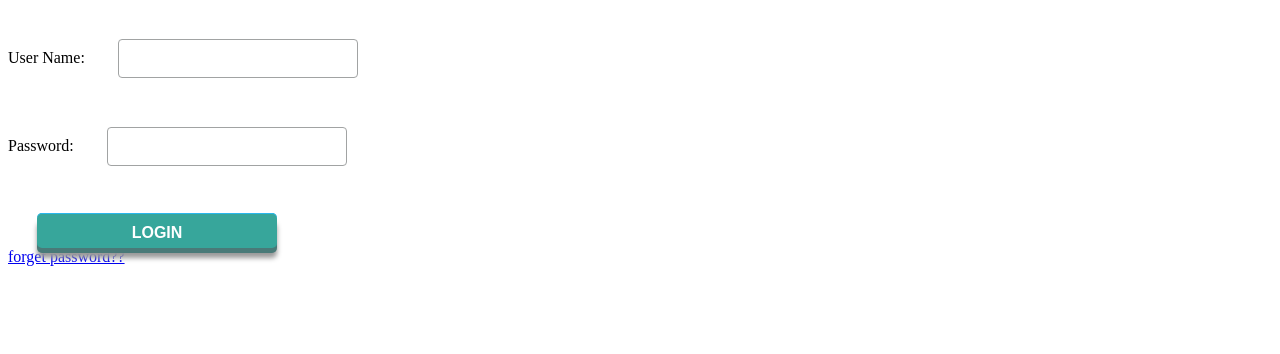
Repository: AmritOjha01/sms
Page: http://localhost/StudentManagementSystem/UserController?action=listUser
An editor plug-in stored every save of this project. The page is shown before and after the next save, followed by the edit.
The browser window is 1280 px wide. The pictures show the whole page.
The page is served by Tomcat 9. Other server files are loaded and not shown.

Above is the page before, as saved 2017-03-27 11:32:31.

### StudentManagementSystem/WebContent/login.jsp
<%@ page language="java" contentType="text/html; charset=ISO-8859-1"
	pageEncoding="ISO-8859-1"%>
<!DOCTYPE html PUBLIC "-//W3C//DTD HTML 4.01 Transitional//EN" "http://www.w3.org/TR/html4/loose.dtd">
<html>
<head>
<meta http-equiv="Content-Type" content="text/html; charset=ISO-8859-1">
<title>Insert title here</title>
<link rel="stylesheet" type="text/css"
	href="resources/customcss/demo.css">
</head>
<body>
	<div >
		<form action="LoginController" method="post">
			User Name: <input type="text" name="uName" class="css-style "><br>
			<br> Password: <input type="password" name="pass"
				class="css-style "><br> <br> <input type="submit"
				value="Login"> <a href="LoginController?action=getpassword">forget
				password??</a>
		</form>
	</div>
</body>
</html>

### StudentManagementSystem/src/com/krishna/sis/controller/UserController.java
package com.krishna.sis.controller;

import java.io.IOException;
import java.text.ParseException;
import java.text.SimpleDateFormat;
import java.util.Date;

import javax.servlet.RequestDispatcher;
import javax.servlet.ServletException;
import javax.servlet.annotation.WebServlet;
import javax.servlet.http.HttpServlet;
import javax.servlet.http.HttpServletRequest;
import javax.servlet.http.HttpServletResponse;
import javax.servlet.http.HttpSession;

import com.krishna.sis.dto.UserDTO;
import com.krishna.sis.service.UserService;
import com.krishna.sis.service.UserServiceImpl;
import com.krishna.sis.util.EmailUtility;

@WebServlet("/UserController")
public class UserController extends HttpServlet {
	private static final long serialVersionUID = 1L;
	private static String INSERT_OR_EDIT = "/userCreate.jsp";
	private static String LIST_USER = "/userList.jsp";
	private static String LOGIN = "/login.jsp";
	private static String PREVIOUS_PWD = "/previousUserPassword.jsp";

	private UserService userService;

	public UserController() {
		super();
		userService = new UserServiceImpl();
	}

	protected void doGet(HttpServletRequest request, HttpServletResponse response)
			throws ServletException, IOException {
		String forward = "";
		String name = "";
		HttpSession session = request.getSession(false);
		if (session != null)
			name = (String) session.getAttribute("uname");
		else
			name = null;
		if (name != null) {
			String action = request.getParameter("action");

			if (action.equalsIgnoreCase("delete")) {
				int userId = Integer.parseInt(request.getParameter("userid"));
				userService.deleteUser(userId);
				forward = LIST_USER;
				request.setAttribute("users", userService.getAllUsers());
			} else if (action.equalsIgnoreCase("edit")) {
				forward = INSERT_OR_EDIT;
				int userId = Integer.parseInt(request.getParameter("userid"));
				UserDTO user = userService.getUserById(userId);
				request.setAttribute("user", user);
			} else if (action.equalsIgnoreCase("listUser")) {
				forward = LIST_USER;
				request.setAttribute("users", userService.getAllUsers());
			} else if (action.equalsIgnoreCase("insert")) {
				forward = INSERT_OR_EDIT;
			} else {
				forward = PREVIOUS_PWD;

			}
		} else {
			forward = LOGIN;
		}
		RequestDispatcher view = request.getRequestDispatcher(forward);
		view.forward(request, response);
	}

	protected void doPost(HttpServletRequest request, HttpServletResponse response)
			throws ServletException, IOException {
		UserDTO userDTO = new UserDTO();
		userDTO.setFirstName(request.getParameter("firstName"));
		userDTO.setLastName(request.getParameter("lastName"));
		userDTO.setUsername(request.getParameter("username"));
		userDTO.setPassword(request.getParameter("password"));
		String dateOfBirth = request.getParameter("dob");
		try {
			Date dob = new SimpleDateFormat("yyyy-MM-dd").parse(dateOfBirth);
			userDTO.setDob(dob);
		} catch (ParseException e) {
			e.printStackTrace();
		}
		userDTO.setEmail(request.getParameter("email"));
		String userid = request.getParameter("userid");
		if (userid == null || userid.isEmpty()) {
			userService.saveUser(userDTO);
			EmailUtility.sendEmail(userDTO.getPassword());
		} else {
			userDTO.setUserId(Integer.parseInt(userid));
			userService.updateUser(userDTO);
		}

		RequestDispatcher view = request.getRequestDispatcher(LIST_USER);
		request.setAttribute("users", userService.getAllUsers());
		view.forward(request, response);
	}
}

### StudentManagementSystem/src/com/krishna/sis/service/UserServiceImpl.java
package com.krishna.sis.service;

import java.util.List;

import com.krishna.sis.dao.UserDao;
import com.krishna.sis.dao.UserDaoImpl;
import com.krishna.sis.dto.UserDTO;

public class UserServiceImpl implements UserService {

	UserDao userDao = new UserDaoImpl();

	@Override
	public boolean saveUser(UserDTO userDTO) {
		return userDao.saveUser(userDTO);
	}

	@Override
	public boolean updateUser(UserDTO userDTO) {
		return userDao.updateUser(userDTO);
	}

	@Override
	public List<UserDTO> getAllUsers() {
		return userDao.getAllUsers();
	}

	@Override
	public UserDTO getUserById(int userId) {
		return userDao.getUserById(userId);
	}

	@Override
	public void deleteUser(int userId) {
		userDao.deleteUser(userId);

	}

	@Override
	public UserDTO getUserByUserNameAndPassword(String username, String password) {
		return userDao.getUserByUserNameAndPassword(username, password);
	}

	@Override
	public UserDTO getPasswordByEmail(String email) {

		return userDao.getPasswordByEmail(email);
	}

	@Override
	public UserDTO getPasswordByPassword(String pwd) {

		return userDao.getPasswordByPassword(pwd);
	}

}

### StudentManagementSystem/src/com/krishna/sis/dao/UserDao.java
package com.krishna.sis.dao;

import java.util.List;

import com.krishna.sis.dto.UserDTO;

public interface UserDao {
	public boolean saveUser(UserDTO userDTO);

	public boolean updateUser(UserDTO userDTO);

	public List<UserDTO> getAllUsers();

	public UserDTO getUserById(int userId);

	public void deleteUser(int userId);

	public UserDTO getUserByUserNameAndPassword(String username, String password);

	public UserDTO getPasswordByEmail(String email);

	public UserDTO getPasswordByPassword(String pwd);
}

### StudentManagementSystem/src/com/krishna/sis/dao/UserDaoImpl.java
package com.krishna.sis.dao;

import java.sql.PreparedStatement;
import java.sql.ResultSet;
import java.util.ArrayList;
import java.util.List;

import com.krishna.sis.dto.UserDTO;
import com.krishna.sis.util.DbUtil;
import com.krishna.sis.util.QueryUtil;

public class UserDaoImpl implements UserDao {
	public boolean saveUser(UserDTO userDTO) {
		PreparedStatement ps = null;
		int savedUser = 0;
		try {
			ps = DbUtil.getConnection().prepareStatement(QueryUtil.CREATE_USER);
			// ps.setNull(1, java.sql.Types.INTEGER);
			ps.setString(1, userDTO.getFirstName());
			ps.setString(2, userDTO.getLastName());
			ps.setString(3, userDTO.getEmail());
			ps.setDate(4, new java.sql.Date(userDTO.getDob().getTime()));
			ps.setString(5, userDTO.getUsername());
			ps.setString(6, userDTO.getPassword());
			savedUser = ps.executeUpdate();

		} catch (Exception ex) {
			ex.printStackTrace();
		} finally {
			DbUtil.closeAll(ps);
		}
		if (savedUser >= 1) {
			return true;
		}
		return false;
	}

	public boolean updateUser(UserDTO userDTO) {
		PreparedStatement ps = null;
		int uUpdated = 0;
		try {
			ps = DbUtil.getConnection().prepareStatement(QueryUtil.UPDATE_USER);
			ps.setString(1, userDTO.getFirstName());
			ps.setString(2, userDTO.getLastName());
			ps.setString(3, userDTO.getEmail());
			ps.setDate(4, new java.sql.Date(userDTO.getDob().getTime()));
			ps.setString(5, userDTO.getPassword());
			ps.setInt(6, userDTO.getUserId());
			uUpdated = ps.executeUpdate();
		} catch (Exception ex) {
			ex.printStackTrace();
		} finally {
			DbUtil.closeAll(ps);
		}
		if (uUpdated >= 1) {
			return true;
		}
		return false;
	}

	public List<UserDTO> getAllUsers() {
		List<UserDTO> users = new ArrayList<UserDTO>();
		PreparedStatement ps = null;
		try {
			ps = DbUtil.getConnection().prepareStatement(QueryUtil.GET_ALL_USER);
			ResultSet rs = ps.executeQuery();
			while (rs.next()) {
				UserDTO userDTO = new UserDTO();
				userDTO.setUserId(rs.getInt("user_id"));
				userDTO.setFirstName(rs.getString("first_name"));
				userDTO.setLastName(rs.getString("last_name"));
				userDTO.setDob(rs.getDate("dob"));
				userDTO.setEmail(rs.getString("email"));
				userDTO.setUsername(rs.getString("username"));
				users.add(userDTO);
			}
		} catch (Exception ex) {
			ex.printStackTrace();
		} finally {
			DbUtil.closeAll(ps);
		}

		return users;
	}

	public UserDTO getUserById(int userId) {
		UserDTO user = new UserDTO();
		PreparedStatement ps = null;
		try {
			ps = DbUtil.getConnection().prepareStatement(QueryUtil.GET_USER_BY_ID);
			ps.setInt(1, userId);
			ResultSet rs = ps.executeQuery();
			if (rs.next()) {
				user.setUserId(rs.getInt("user_id"));
				user.setFirstName(rs.getString("first_name"));
				user.setLastName(rs.getString("last_name"));
				user.setDob(rs.getDate("dob"));
				user.setEmail(rs.getString("email"));
				user.setUsername(rs.getString("username"));
			}
		} catch (Exception ex) {
			ex.printStackTrace();
		} finally {
			DbUtil.closeAll(ps);
		}
		return user;
	}

	public void deleteUser(int userId) {
		PreparedStatement ps = null;
		try {
			ps = DbUtil.getConnection().prepareStatement(QueryUtil.DELETE_USER);
			ps.setInt(1, userId);
			ps.executeUpdate();

		} catch (Exception ex) {
			ex.printStackTrace();
		} finally {
			DbUtil.closeAll(ps);
		}
	}

	public UserDTO getUserByUserNameAndPassword(String username, String password) {
		UserDTO user = new UserDTO();
		PreparedStatement ps = null;
		try {
			ps = DbUtil.getConnection().prepareStatement(QueryUtil.GET_USER_BY_USERNAME_AND_PASSWORD);
			ps.setString(1, username);
			ps.setString(2, password);
			ResultSet rs = ps.executeQuery();
			if (rs.next()) {
				user.setUserId(rs.getInt("user_id"));
				user.setUsername(rs.getString("username"));
				user.setPassword(rs.getString("password"));
			}
		} catch (Exception ex) {
			ex.printStackTrace();
		} finally {
			DbUtil.closeAll(ps);
		}
		return user;
	}

	@Override
	public UserDTO getPasswordByEmail(String email) {
		UserDTO user = new UserDTO();
		PreparedStatement ps = null;
		try {
			ps = DbUtil.getConnection().prepareStatement(QueryUtil.GET_BY_EMAIL);
			ps.setString(1, email);
			ResultSet rs = ps.executeQuery();
			if (rs.next()) {
				user.setUserId(rs.getInt("user_id"));
				user.setFirstName(rs.getString("first_name"));
				user.setLastName(rs.getString("last_name"));
				user.setDob(rs.getDate("dob"));
				user.setEmail(rs.getString("email"));
				user.setUsername(rs.getString("username"));
				user.setPassword(rs.getString("password"));
			}
		} catch (Exception ex) {
			ex.printStackTrace();
		} finally {
			DbUtil.closeAll(ps);
		}
		return user;
	}

	@Override
	public UserDTO getPasswordByPassword(String pwd) {

		UserDTO user = new UserDTO();
		PreparedStatement ps = null;
		try {
			ps = DbUtil.getConnection().prepareStatement(QueryUtil.GET_PASSWORD_BY_PASSWORD);
			ps.setString(1, pwd);
			ResultSet rs = ps.executeQuery();
			if (rs.next()) {
				user.setUserId(rs.getInt("user_id"));
				user.setFirstName(rs.getString("first_name"));
				user.setLastName(rs.getString("last_name"));
				user.setDob(rs.getDate("dob"));
				user.setEmail(rs.getString("email"));
				user.setUsername(rs.getString("username"));
				user.setPassword(rs.getString("password"));
			}
		} catch (Exception ex) {
			ex.printStackTrace();
		} finally {
			DbUtil.closeAll(ps);
		}
		return user;
	}
}

### StudentManagementSystem/WebContent/resources/customcss/demo.css
@CHARSET "ISO-8859-1";
html {
	height: 100%
}

::-moz-selection {
	background: #fe57a1;
	color: #fff;
	text-shadow: none;
}

::selection {
	background: #fe57a1;
	color: #fff;
	text-shadow: none;
}

body {
	background-image: radial-gradient(cover, rgba(92, 100, 111, 1) 0%,
		rgba(31, 35, 40, 1) 100%), url('http://i.minus.com/io97fW9I0NqJq.png')
}

.login {
	background: #eceeee;
	border: 1px solid #42464b;
	border-radius: 6px;
	height: 257px;
	margin: 20px auto 0;
	width: 298px;
}

.login h1 {
	background-image: linear-gradient(top, #f1f3f3, #d4dae0);
	border-bottom: 1px solid #a6abaf;
	border-radius: 6px 6px 0 0;
	box-sizing: border-box;
	color: #727678;
	display: block;
	height: 43px;
	font: 600 14px/1 'Open Sans', sans-serif;
	padding-top: 14px;
	margin: 0;
	text-align: center;
	text-shadow: 0 -1px 0 rgba(0, 0, 0, 0.2), 0 1px 0 #fff;
}

input[type="password"], input[type="text"] {
	background: url('http://i.minus.com/ibhqW9Buanohx2.png') center left
		no-repeat, linear-gradient(top, #d6d7d7, #dee0e0);
	border: 1px solid #a1a3a3;
	border-radius: 4px;
	box-shadow: 0 1px #fff;
	box-sizing: border-box;
	color: #696969;
	height: 39px;
	margin: 31px 0 0 29px;
	padding-left: 37px;
	transition: box-shadow 0.3s;
	width: 240px;
}

input[type="password"]:focus, input[type="text"]:focus {
	box-shadow: 0 0 4px 1px rgba(55, 166, 155, 0.3);
	outline: 0;
}

.show-password {
	display: block;
	height: 16px;
	margin: 26px 0 0 28px;
	width: 87px;
}

input[type="checkbox"] {
	cursor: pointer;
	height: 16px;
	opacity: 0;
	position: relative;
	width: 64px;
}

input[type="checkbox"]:checked {
	left: 29px;
	width: 58px;
}

.toggle {
	background: url(http://i.minus.com/ibitS19pe8PVX6.png) no-repeat;
	display: block;
	height: 16px;
	margin-top: -20px;
	width: 87px;
	z-index: -1;
}

input[type="checkbox"]:checked+.toggle {
	background-position: 0 -16px
}

.forgot {
	color: #7f7f7f;
	display: inline-block;
	float: right;
	font: 12px/1 sans-serif;
	left: -19px;
	position: relative;
	text-decoration: none;
	top: 5px;
	transition: color .4s;
}

.forgot:hover {
	color: #3b3b3b
}

input[type="submit"] {
	width: 240px;
	height: 35px;
	display: block;
	font-family: Arial, "Helvetica", sans-serif;
	font-size: 16px;
	font-weight: bold;
	color: #fff;
	text-decoration: none;
	text-transform: uppercase;
	text-align: center;
	text-shadow: 1px 1px 0px #37a69b;
	padding-top: 6px;
	margin: 29px 0 0 29px;
	position: relative;
	cursor: pointer;
	border: none;
	background-color: #37a69b;
	background-image: linear-gradient(top, #3db0a6, #3111);
	border-top-left-radius: 5px;
	border-top-right-radius: 5px;
	border-bottom-right-radius: 5px;
	border-bottom-left-radius: 5px;
	box-shadow: inset 0px 1px 0px #2ab7ec, 0px 5px 0px 0px #497a78, 0px 10px
		5px #999;
}

.shadow {
	background: #000;
	border-radius: 12px 12px 4px 4px;
	box-shadow: 0 0 20px 10px #000;
	height: 12px;
	margin: 30px auto;
	opacity: 0.2;
	width: 270px;
}

input[type="submit"]:active {
	top: 3px;
	box-shadow: inset 0px 1px 0px #2ab7ec, 0px 2px 0px 0px #31524d, 0px 5px
		3px #999;
}

After the next save:
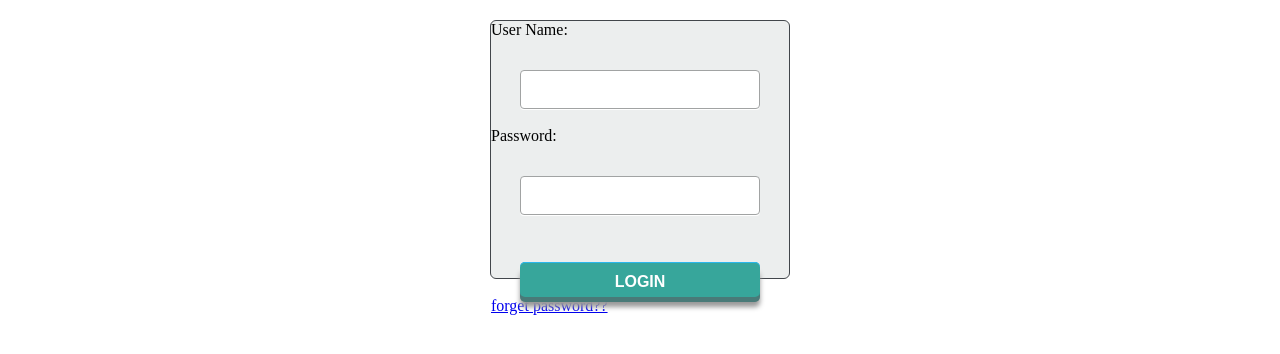
Saved 13 s later.
--- a/StudentManagementSystem/WebContent/login.jsp
+++ b/StudentManagementSystem/WebContent/login.jsp
@@ -9,7 +9,7 @@
 	href="resources/customcss/demo.css">
 </head>
 <body>
-	<div >
+	<div class="login">
 		<form action="LoginController" method="post">
 			User Name: <input type="text" name="uName" class="css-style "><br>
 			<br> Password: <input type="password" name="pass"
